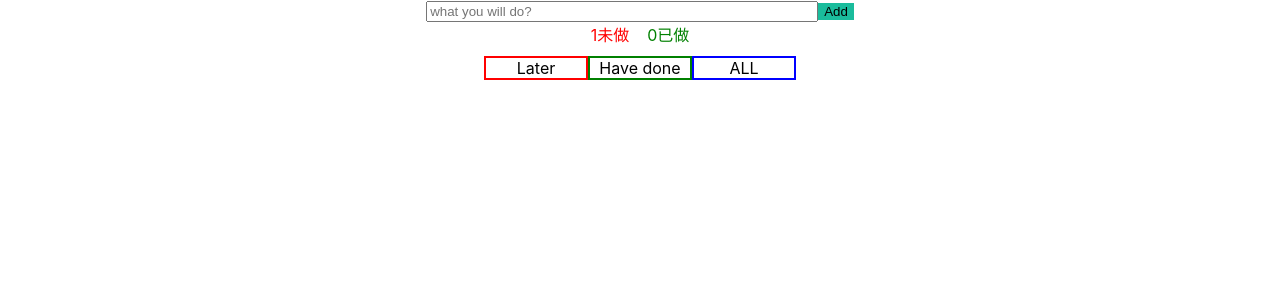
Repository: yurensmile/todolist
Page: /, after clicking the first element matching `button`
These files come from the project's save history. The page is drawn as it stood at one moment and after the next save; the edit follows.
The browser window is 1280 px wide. The pictures show the whole page.
The project was rebuilt for these pictures with package versions that can differ from the ones it lists, and the page was loaded fresh each time. Also part of the build but not shown: src/All.js, src/HaveDone.js.

Above is the page before, as saved 2019-03-20 17:03:10.

### src/App.js
import React, { Component } from 'react';
import Todos from './Todos'
import './App.css';

class App extends Component {

  constructor() {
    super();
    this.state={
      inputValue: '',
      laters: [],
      havedones: [],
      checked: false,
      id: 1
    };
    this.updateHavedone = this.updateHavedone.bind(this);
    this.updateLaters = this.updateLaters.bind(this);
  }

  handleOnClick() {
    this.setState(state =>{
      const laters = state.laters.concat(state.inputValue);

      return {
        laters,
        inputValue: ""
      }
    })
    console.log(this.state.all);
  }
  updateInputValue(e) {
    this.setState({
      inputValue: e.target.value
    })
  }

// 点击了三栏内容
  contentOnclick(e) {
    let choice = e.target.innerHTML;
    this.setState((preState)=>{
      switch(choice){
        case "Later": return {id: 1};
        case "Have done": return {id: 2};
        case "ALL": return {id: 3};
        default: return {id:1};
      }
    })
  }

 // 如果todo中的某个被点击，则在todo中删除，并添加到havedone中
  updateHavedone(index, item){
    this.setState(state => {
      let n = state.laters.indexOf(item);
      let tem = state.laters.slice();
      tem.splice(n, 1);
      let havedones = state.havedones.concat(item);
      return ({
        havedones,
        laters: tem
      })
    })
  }

// 如果havedone中的某个被点击，则在havedone中删除，并添加到later中
  updateLaters(index, item){
    console.log("this is updatelaters");
    this.setState(state => {
      let n = state.havedones.indexOf(item);
      let tem = state.havedones.slice();
      tem.splice(n, 1);
      let laters = state.laters.concat(item);
      return({
        laters,
        havedones: tem
      })
    })
  }

  render() {
    return (
      <div className="App">
        <input type="text" placeholder="what you will do?" name="todo" value={this.state.inputValue} onChange={this.updateInputValue.bind(this)}/>
        <button onClick={this.handleOnClick.bind(this)}>Add</button><br/>
        <span style={{color: "red"}}>{this.state.laters.length}未做&nbsp;&nbsp;&nbsp;&nbsp;</span>
        <span style={{color: "green"}}>{this.state.havedones.length}已做</span>
        <div id="content" onClick={this.contentOnclick.bind(this)}>
          <div className="choice later">Later</div>
          <div className="choice havedone" >Have done</div>
          <div className="choice all">ALL</div>
        </div>
        {/* 列表内容 */}
        <Todos
          id={this.state.id}
          laters={this.state.laters}
          havedones={this.state.havedones}
          all={this.state.all}
          updateHavedones={this.updateHavedone}
          updateLaters={this.updateLaters}
        />
      </div>
    );
  }
}

export default App;

### src/Todos.js
import React, { Component } from 'react';
import All from './All'
import HaveDone from './HaveDone'
import Later from './Later'

class Todos extends Component{

  render(){
    return(
      <div>
        {
          (()=>{
            switch(this.props.id){
              case 1: return <Later laters={this.props.laters}
                                  updateHavedones={this.props.updateHavedones}
                                  />;
              case 2: return <HaveDone havedones={this.props.havedones}
                                  updateLaters={this.props.updateLaters}
                                  />;
              case 3: return <All laters={this.props.laters} havedones={this.props.havedones}/>
              default: console.log("sofunny");
            }

          })()}
      </div>
    )
  }
}
export default Todos;

### src/App.css
.App {
  text-align: center;
}

input[type="checkbox"]{
  visibility: hidden;
}

ul{
  list-style-type: none;
}
li{
  display: inline-block;
  width: 100px;
  height: 40px;
  line-height: 30px;
  height: 30px;
  margin-bottom: 4px;
}
.choice{
  margin-top: 10px;
  display: inline-block;
  width: 100px;
  text-align: center;
  border:2px solid rgb(197, 193, 193);
}
.later{
  border-color: red;
}
.havedone{
  border-color: green;
}
.all{
  border-color: blue;
}

.toggle{
  display: inline-block;
}
.App-link {
  color: #61dafb;
}
input[type="text" ]{
  width: 30%;
  height: 9%;
}

button{
  background-color: rgba(26, 188, 156,1.0);
  border: 0px;
}

### src/Later.js
import React, { Component } from 'react';

class Later extends Component{
  constructor(props){
    super(props);
    this.state = {
      checked: false,
    };
  }

  // 点击了todo 列表的内容
  handleTodoOnclick(checked, index, item, e){
    // if e.target is not text
        // let box = e.target.previousSibling;
        this.setState((preState)=>{
          return {checked: !preState.checked}
        });
        if(checked){
          // thing to later
          // box.checked = false;
        }else{
          // thing to have done
          // box.checked = true;
  //如果later中的某个被点击，则在later中删除，并添加到havedone中
          this.props.updateHavedones(index, item);
        }
      }
  render(){
    return (
      <ul>
        {this.props.laters.map((item, index)=>{
          return (
            <div onClick={
              this.handleTodoOnclick.bind(this, this.state.checked, index, item)
              }>
              <input className="toggle" type="checkbox"/>
              <li style={{color: "red"}} key={index}>{item}</li>
            </div>
          )
        })}
      </ul>
    )
  }
}

export default Later;

Loaded but not shown: public/index.html (common file); src/index.js (common file); src/index.css (common file); src/serviceWorker.js (common file)

After the next save:
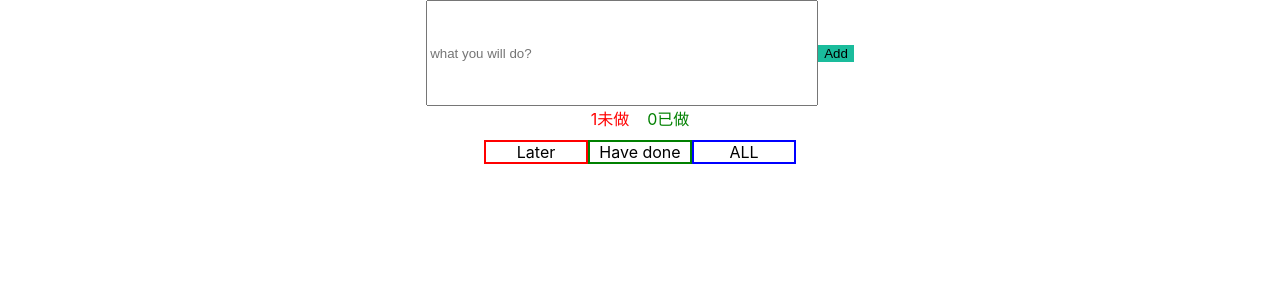
Saved 10 s later.
--- a/src/App.css
+++ b/src/App.css
@@ -42,7 +42,7 @@ li{
 }
 input[type="text" ]{
   width: 30%;
-  height: 9%;
+  height: 100px;
 }
 
 button{
